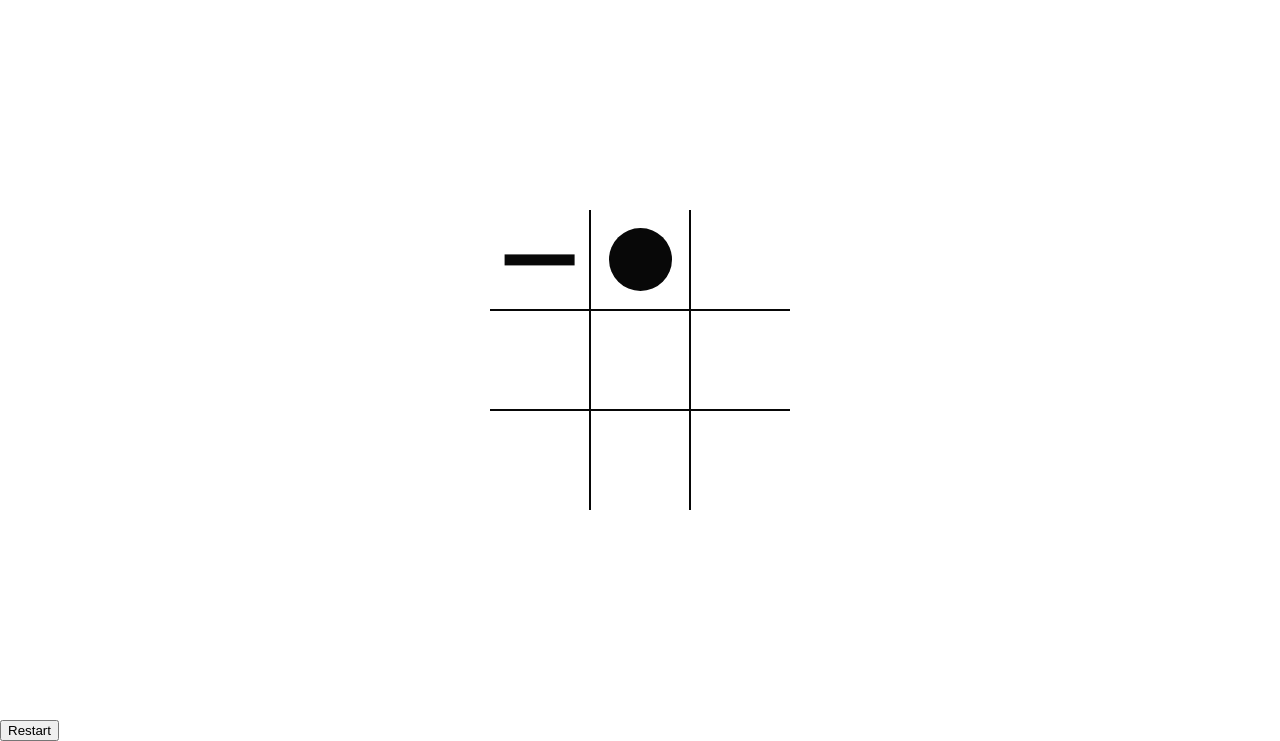
Repository: kkyler24/MCLA
Page: devFiles/TictactoeFiles/ticTacToe.html
These files come from the project's save history. The page is drawn as it stood at one moment and after the next save; the edit follows.
The browser window is 1280 px wide. The pictures show the whole page.

Above is the page before, as saved 2020-04-17 13:40:53.

### devFiles/TictactoeFiles/ticTacToe.html
<!DOCTYPE html>
<html lang="en">

<head>
    <meta charset="UTF-8">
    <meta name="viewport" content="width=device-width, initial-scale=1.0">
    <link rel="stylesheet" type="text/css" href="tictactoe.css">
    <script src="tictactoe.js" defer></script>
    <title>Tic Tac Toe</title>
</head>

<body>
    <sectionOne>
        <!-- NavBar -->
        <!-- <nav class="navbar navbar-light bg-light">
            <!-- Image Logo -->
            <!-- <a class="navbar-brand" href="#">
                <img src="/docs/4.0/assets/brand/bootstrap-solid.svg" width="30" height="30"
                    class="d-inline-block align-top" alt="">
                Bootstrap -->
            <!-- </a> -->
        </nav>
    </sectionOne>
<sectionTwo>

<div class="BoardOne" id="BoardOne">
    <div class="cellBOne dash" data-cell></div>
    <div class="cellBOne circle" data-cell></div>
    <div class="cellBOne" data-cell></div>
    <div class="cellBOne" data-cell></div>
    <div class="cellBOne" data-cell></div>
    <div class="cellBOne" data-cell></div>
    <div class="cellBOne" data-cell></div>
    <div class="cellBOne" data-cell></div>
    <div class="cellBOne" data-cell></div>
</div>
<div class="winning-message-One" id="winningMessageOne">
    <div class="data-winning-message-text-One"></div>
    <button id="restartButtonOne">Restart</button>
</div>



</sectionTwo>











</body>

### devFiles/TictactoeFiles/tictactoe.css
*,*::after, *::before{
    box-sizing: border-box;
}
:root {
    --cell-size:100px;
    --mark-size:calc(var(--cell-size)*.7);
    /* this makes the preview marks 90% of the cell size it edits the width of your dot or dash */
}

body{
    margin:0;
}

.BoardOne{
    width: 100vw;
    height: 100vh;
    display: grid;
    justify-content: center;
    align-content: center;
    align-items: center;
    justify-items: center;
    grid-template-columns: repeat(3,auto);
    /* this resizes the grid and makes all the cells automatically evenly sized */
}
.cellBOne{
    width: var(--cell-size);
    height: var(--cell-size);
    border: 1px solid rgb(8, 8, 8);
    display: flex;
    justify-content: center;
    align-items: center;
    position: relative;
}
.cellBOne:first-child,
.cellBOne:nth-child(2),
.cellBOne:nth-child(3){
    border-top: none;
}

.cellBOne:nth-child(3n+1){
    border-left: none;
}

.cellBOne:nth-child(3n+3){
    border-right: none;
}

.cellBOne:last-child,
.cellBOne:nth-child(8),
.cellBOne:nth-child(7){
    border-bottom: none;
}

.cellBOne.dash::before{
    content: "";
    width: calc(var(--mark-size)*.16);
    /* controls the height of the dashes */
    transform: rotate(90deg);
    height: var(--mark-size);
    background-color: rgb(8, 8, 8);
    /* controls how the dashes look */
    position: relative;
}

.cellBOne.circle::after{
    content: "";
    position: absolute;
    width: calc(var(--mark-size)*.9);
    /* controls the height of the cricles */
    /* transform: rotate(90deg); */
    height: calc(var(--mark-size)*.9);
    background-color: rgb(8, 8, 8);
    /* controls how the dashes look */
    border-radius: 50%;

}

Loaded but not shown: devFiles/TictactoeFiles/tictactoe.js (no stored copy; drawn as an empty file)

After the next save:
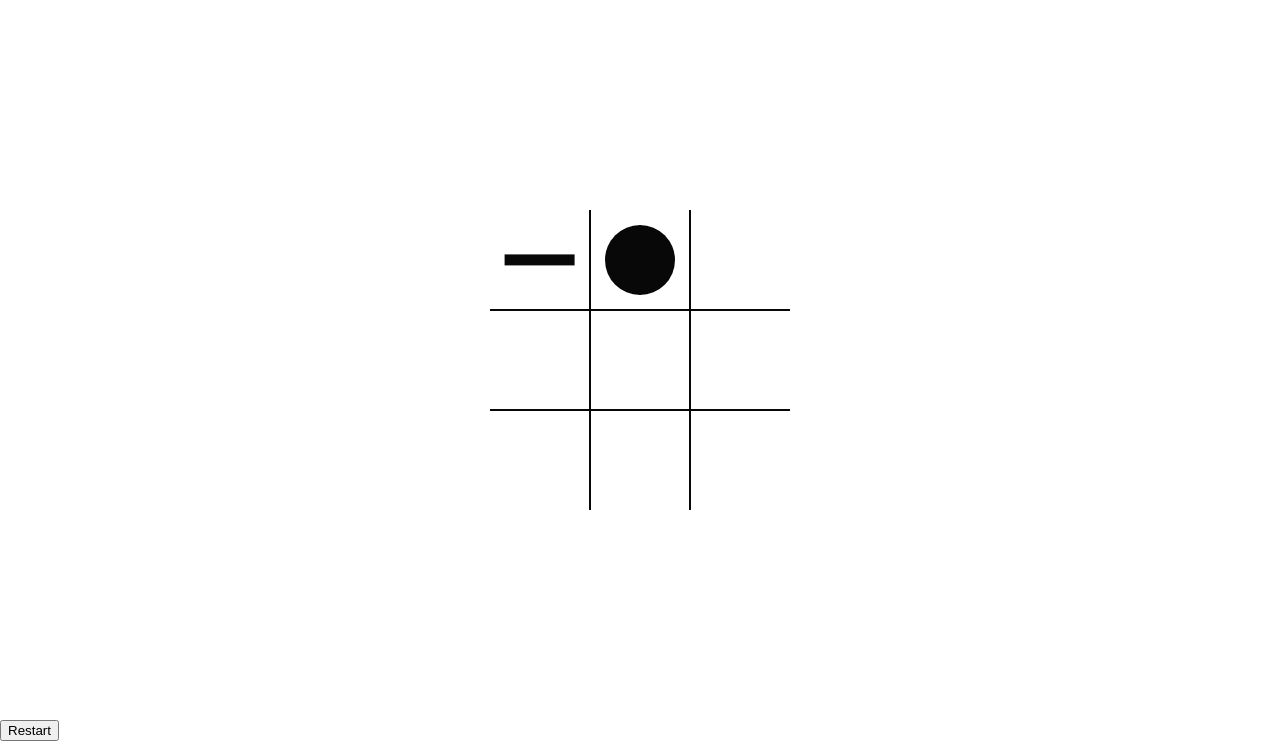
Saved 15 s later.
--- a/devFiles/TictactoeFiles/tictactoe.css
+++ b/devFiles/TictactoeFiles/tictactoe.css
@@ -65,10 +65,10 @@ body{
 .cellBOne.circle::after{
     content: "";
     position: absolute;
-    width: calc(var(--mark-size)*.9);
+    width: calc(var(--mark-size)*1);
     /* controls the height of the cricles */
     /* transform: rotate(90deg); */
-    height: calc(var(--mark-size)*.9);
+    height: calc(var(--mark-size)*1);
     background-color: rgb(8, 8, 8);
     /* controls how the dashes look */
     border-radius: 50%;
